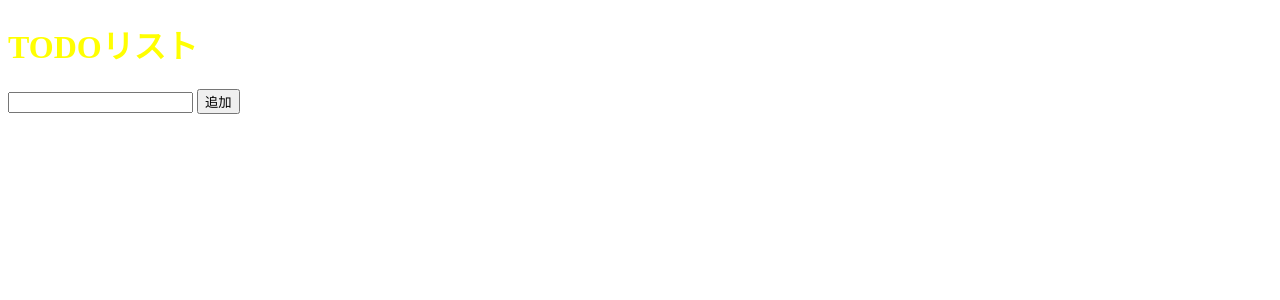
Repository: kntb2565/todolist
Page: src/index.html
These files come from the project's save history. The page is drawn as it stood at one moment and after the next save; the edit follows.
The browser window is 1280 px wide. The pictures show the whole page.

Above is the page before, as saved 2018-10-19 13:04:36.

After the next save:
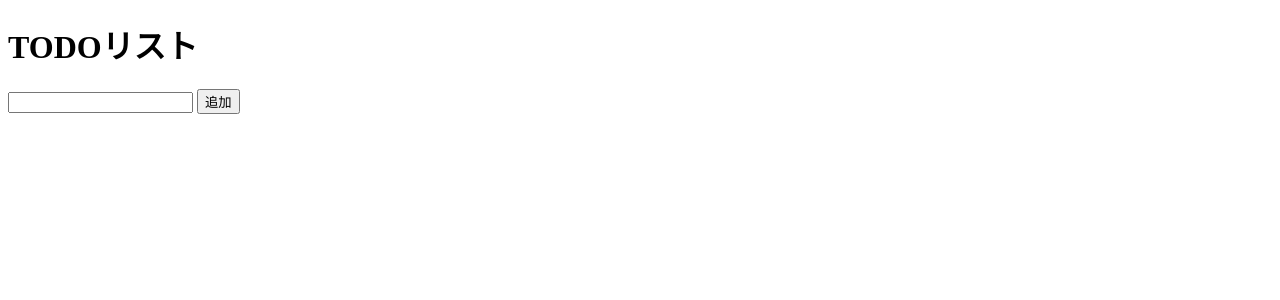
Saved 35 s later.
--- a/src/css/styles.css
+++ b/src/css/styles.css
@@ -1,7 +1,4 @@
 body {
     body {background-image: url(img/nasa.png);
+    color: yellow;
     }
-
-h1{
-    color: yellow;
-}
